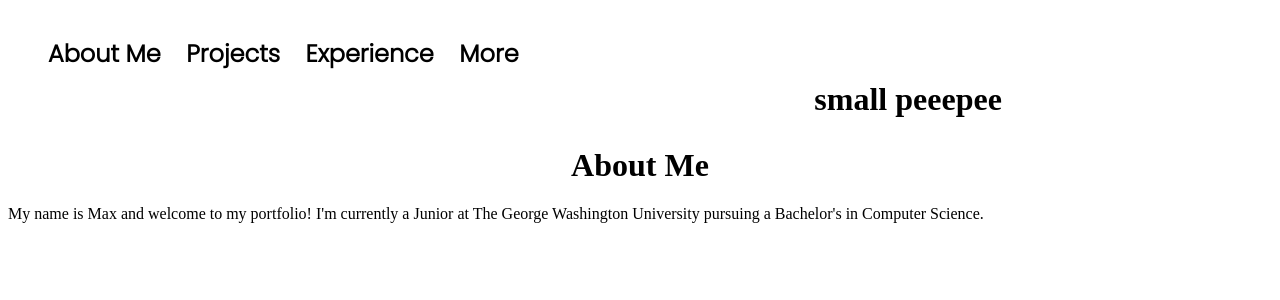
Repository: notMaximilian/maximilianaquino.github.io
Page: about.html
The author's editor kept a copy of each file at every save. The page is drawn from the files as they stood at one save, then again after the next save.
The browser window is 1280 px wide. The pictures show the whole page.

Above is the page before, as saved 2022-02-10 09:44:03.

### about.html
<!DOCTYPE html>
<html lang="en">

<head>
  <meta charset="UTF-8">
  <meta name="viewport" content="width=device-width, initial-scale=1, user-scaleable=no">
  <title>Max Aquino</title>
  <link rel="preconnect" href="https://fonts.googleapis.com">
  <link rel="preconnect" href="https://fonts.gstatic.com" crossorigin>
  <link href="https://fonts.googleapis.com/css2?family=Poppins:wght@300&display=swap" rel="stylesheet">
  <link rel="stylesheet" href="css/subpage.css">
</head>

<body>


      <div class="mainNav">
        <ul class = "navmenu">
          <li class = "navmenuItems"><h2 id="about">About Me</h2></li>
          <li class = "navmenuItems"><h2 id="projects">Projects</h2></li>
          <li class = "navmenuItems"><h2 id="experience">Experience</h2></li>
          <li class = "navmenuItems"><h2 id="more">More</h2></li>
        </ul>

      <br>
      <br>
      <h1>small peeepee</h1>
      <h1>About Me</h1>
      <p>My name is Max and welcome to my portfolio! I'm currently a Junior at
        The George Washington University pursuing a Bachelor's in Computer Science.

      </p>



  <!-- Maximilian Fade in and out -->

  <!-- <script src="js/game.js"></script> -->
</body>

</html>

### css/subpage.css
.corners{
    position: absolute;
    width: 16vw;
}

#cornerL{
    transform: translate(-35vw, 23vh);
}
#cornerR{
    transform: translate(35vw, 23vh);
}

#github{
    position: absolute;
    width: 7vw;
    transform: translate(32vw, 28vh);
}
#twitter{
    position: absolute;
    width: 7vw;
    transform: translate(-32vw, 30vh);
}

ul{
    list-style-type: none;
}
li{
    float: left;
    font-family: "Poppins", sans-serif;
    margin-right: 2vw;
}

h1{
    text-align: center;
    margin-top: 4vh;
}

After the next save:
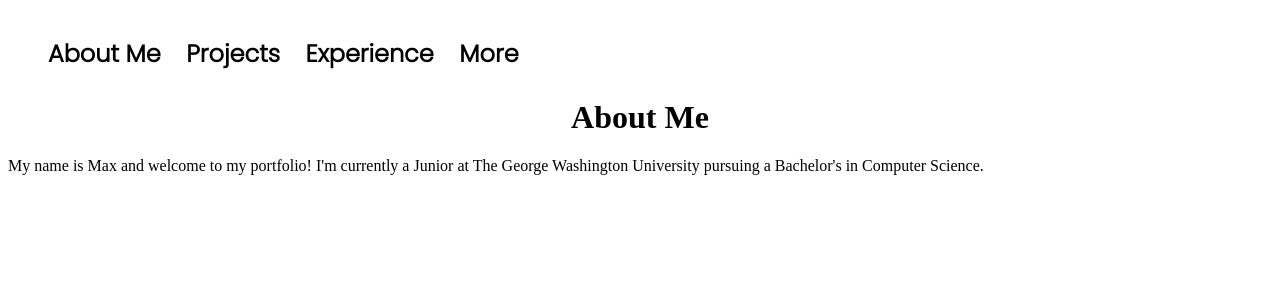
Saved 13 s later.
--- a/about.html
+++ b/about.html
@@ -24,7 +24,7 @@
 
       <br>
       <br>
-      <h1>small peeepee</h1>
+      <br>
       <h1>About Me</h1>
       <p>My name is Max and welcome to my portfolio! I'm currently a Junior at
         The George Washington University pursuing a Bachelor's in Computer Science.
